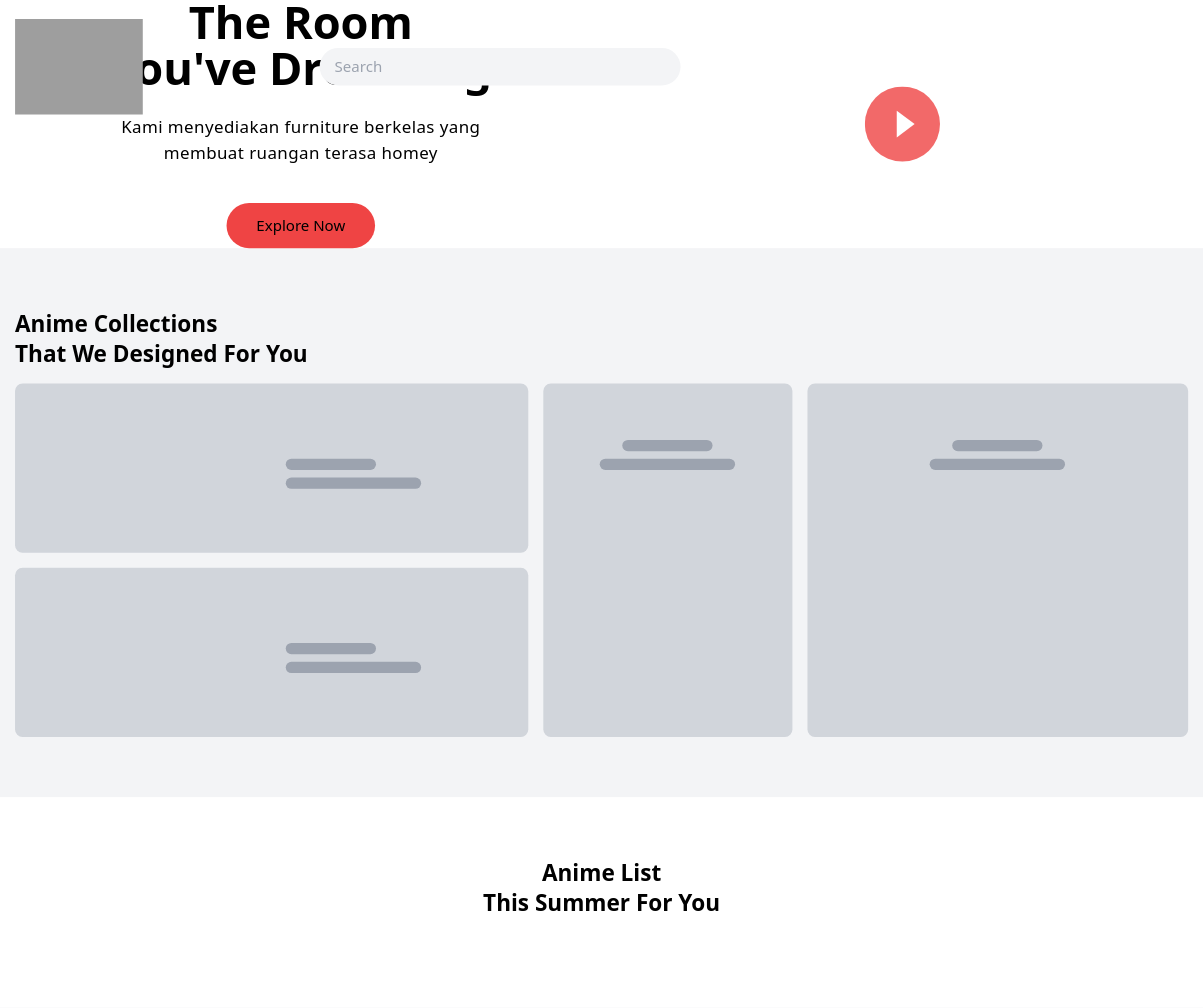
Repository: farrelmuhammad/anime-collections
Page: /
An editor plug-in stored every save of this project. The page is shown before and after the next save, followed by the edit.
The browser window is 1280 px wide. The pictures show the whole page, at 94% of full size.
Pictures or frames that could not be fetched are drawn as grey boxes. The page's requests for data from a server got no answer. The project was rebuilt for these pictures with package versions that can differ from the ones it lists, and the page was loaded fresh each time. No one was signed in, and anything a server would have sent is missing. Also part of the build but not shown: src/App.css.

Above is the page before, as saved 2023-08-04 00:38:10.

After the next save:
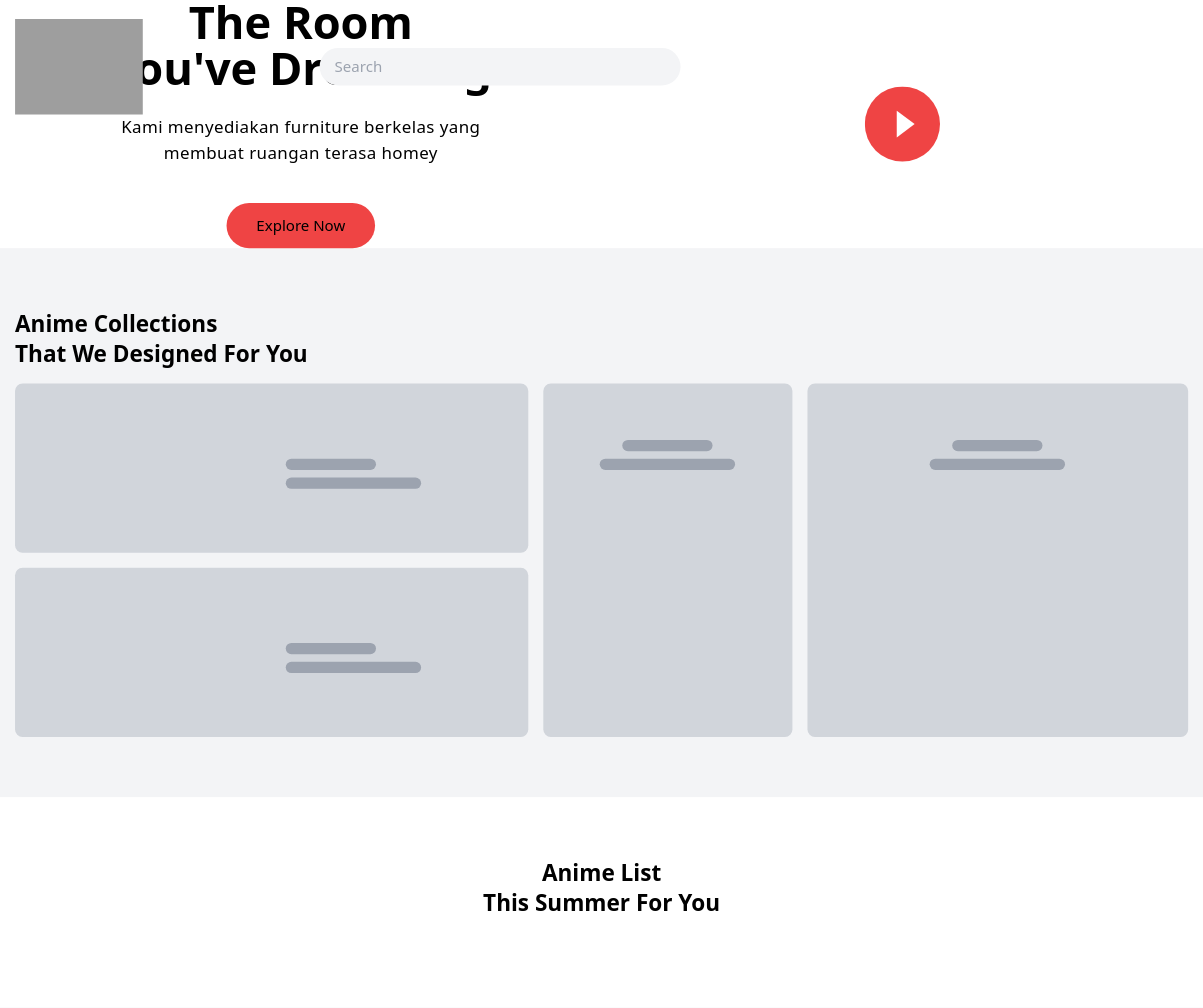
Saved 64 s later.
--- a/src/assets/css/app.css
+++ b/src/assets/css/app.css
@@ -46,29 +46,13 @@
   @apply opacity-100;
 }
 
-.overlay .video::before {
+.overlay .video {
   @apply absolute transform bg-red-500 bg-no-repeat bg-center w-20 h-20 rounded-full items-center justify-center flex -translate-x-1/2 -translate-y-1/2;
   content: '';
   top: 50%;
   left: 50%;
   transform: translate(-50%, -50%);
   background-image: url("data:[embedded picture, 193 characters]");
-  opacity: 0.8; /* Set the initial opacity to make it slightly transparent */
-  transition: opacity 0.2s ease; /* Add transition for smooth hover effect */
-}
-
-.overlay .video:hover::before {
-  opacity: 1; /* Set the opacity to 1 on hover to make it fully visible */
-  cursor: pointer; /* Set cursor to pointer on hover to indicate interactivity */
-}
-
-.overlay .watch-trailer {
-  @apply absolute bottom-0 left-1/2 transform -translate-x-1/2 -mb-6 bg-white px-4 py-2 rounded-lg text-black;
-  display: none; /* Hide the "Watch Trailer" text by default */
-}
-
-.overlay .video:hover + .watch-trailer {
-  display: block; /* Show the "Watch Trailer" text on hover */
 }
 
 
